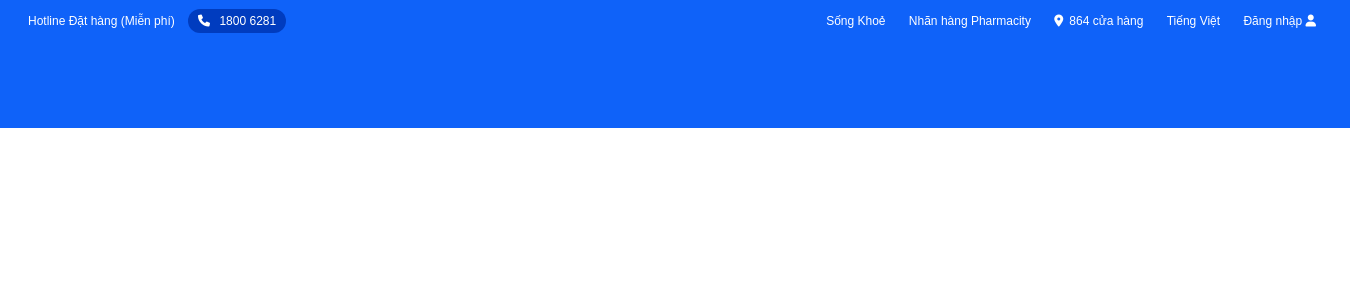
Repository: CGAnVil/case-module3-nhom6
Page: src/main/webapp/index.html
The author's editor kept a copy of each file at every save. The page is drawn from the files as they stood at one save, then again after the next save.
The browser window is 1280 px wide. The page is 1350 px wide, so the pictures cover 1350 px, including what lies to the right of the window. The pictures show the whole page.

Above is the page before, as saved 2022-03-08 16:07:29.

After the next save:
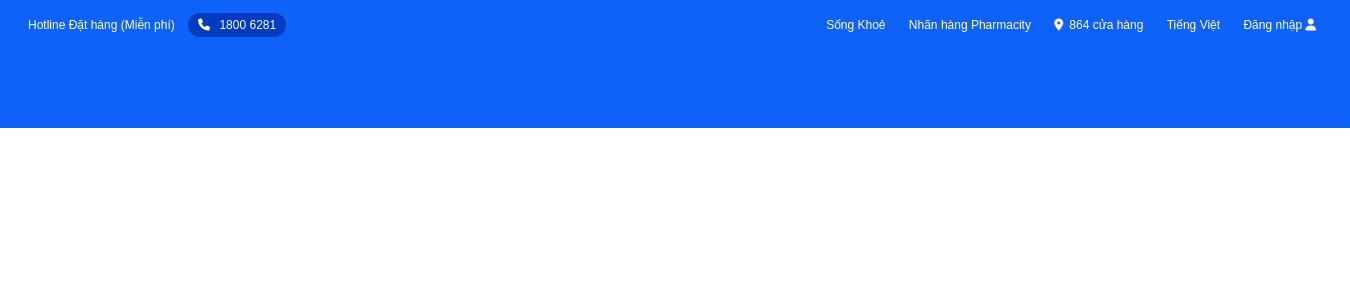
Saved 6 s later.
--- a/src/main/webapp/style.css
+++ b/src/main/webapp/style.css
@@ -23,7 +23,7 @@ a {
     display: flex;
     justify-content: space-between;
     align-items: center;
-    padding: 14px 18px;
+    padding: 18px 18px;
 }
 
 .header .header-top a {
